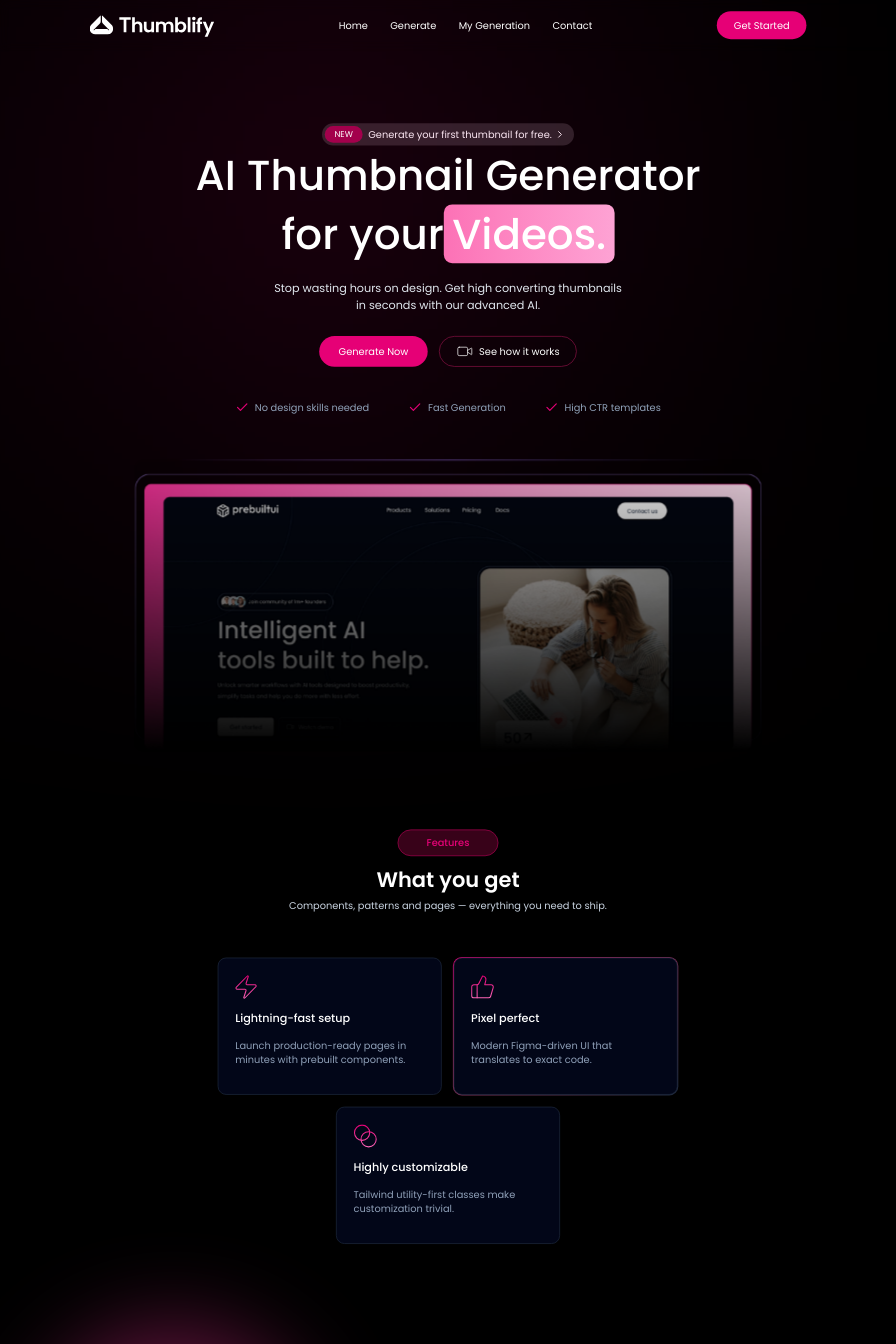
Repository: abhiraj33181/Thumblify
Page: / (app in client/)
These files come from the project's save history. The page is drawn as it stood at one moment and after the next save; the edit follows.
The browser window is 1280 px wide. The pictures show the part of the page from y = 0 to 1920 px (the page is 5296 px tall), at 70% of full size.
The project was rebuilt for these pictures with package versions that can differ from the ones it lists, and the page was loaded fresh each time. Also part of the build but not shown: client/vite.config.ts.

Above is the page before, as saved 2026-01-08 09:30:49.

### client/index.html
<!doctype html>
<html lang="en">

<head>
    <meta charset="UTF-8" />
    <link rel="icon" href="/favicon.svg" type="image/x-icon" />
    <meta name="viewport" content="width=device-width, initial-scale=1.0" />
    <title>Thumblify - AI Thumbnail Generator</title>
</head>

<body>
    <div id="root"></div>
    <script type="module" src="/src/main.jsx"></script>
</body>

</html>

### client/src/main.tsx
import { createRoot } from 'react-dom/client'
import App from './App.js'
import { BrowserRouter } from 'react-router-dom'

createRoot(document.getElementById('root')!).render(
    <BrowserRouter>
        <App />
    </BrowserRouter>,
)

### client/src/App.tsx
import { Route, Routes } from "react-router-dom";
import HomePage from "./pages/HomePage";
import Navbar from "./components/Navbar";
import Footer from "./components/Footer";
import "./globals.css";
import LenisScroll from "./components/LenisScroll";

export default function App() {
    return (
        <>
            <LenisScroll />
            <Navbar />
            <Routes>
                <Route path="/" element={<HomePage />} />
            </Routes>
            <Footer />
        </>
    );
}

### client/src/pages/HomePage.tsx
import HeroSection from "../sections/HeroSection";
import FeaturesSection from "../sections/FeaturesSection";
import TestimonialSection from "../sections/TestimonialSection";
import PricingSection from "../sections/PricingSection";
import ContactSection from "../sections/ContactSection";
import CTASection from "../sections/CTASection";

export default function HomePage() {
    return (
        <>
            <HeroSection />
            <FeaturesSection />
            <TestimonialSection />
            <PricingSection />
            <ContactSection />
            <CTASection />
        </>
    );
}

### client/src/globals.css
@import url('https://fonts.googleapis.com/css2?family=Poppins:ital,wght@0,100;0,200;0,300;0,400;0,500;0,600;0,700;0,800;0,900;1,100;1,200;1,300;1,400;1,500;1,600;1,700;1,800;1,900&display=swap');
@import "tailwindcss";

@theme {
    --font-poppins: "Poppins", sans-serif;
}

body {
    @apply bg-black text-white text-sm antialiased font-poppins;
}

body::selection {
    @apply bg-pink-600 text-white;
}

button {
    @apply cursor-pointer;
}

.move-gradient {
    background-image: linear-gradient(to right, var(--color-pink-500), var(--color-pink-300));
    background-size: 200% 100%;
    animation: movegradient 5s infinite;
}

@keyframes movegradient {
    0% {
        background-position: 0% 50%;
    }
    50% {
        background-position: 100% 50%;
    }
    100% {
        background-position: 0% 50%;
    }
}

### client/src/components/LenisScroll.tsx
import { useEffect } from "react";
import Lenis from "lenis";

export default function LenisScroll() {
    useEffect(() => {
        const lenis = new Lenis({
            duration: 1.2,
            smoothWheel: true,
            anchors: {
                offset: -100,
            },
        });

        const raf = (time: number) => {
            lenis.raf(time);
            requestAnimationFrame(raf);
        };

        requestAnimationFrame(raf);

        return () => {
            lenis.destroy();
        };
    }, []);

    return null;
}

### client/src/sections/HeroSection.tsx
'use client'
import { CheckIcon, ChevronRightIcon, VideoIcon } from "lucide-react";
import TiltedImage from "../components/TiltImage";
import { motion } from "motion/react";
import { useNavigate } from "react-router-dom";

export default function HeroSection() {
    const navigate = useNavigate()
    const specialFeatures = [
        "No design skills needed",
        "Fast Generation",
        "High CTR templates",
    ];

    return (
        <div className="relative flex flex-col items-center justify-center px-4 md:px-16 lg:px-24 xl:px-32">
            <div className="absolute top-30 -z-10 left-1/4 size-72 bg-pink-600 blur-[300px]"></div>
            <motion.a href="https://prebuiltui.com?utm_source=pixels" className="group flex items-center gap-2 rounded-full p-1 pr-3 mt-44 text-pink-100 bg-pink-200/15"
                initial={{ y: -20, opacity: 0 }}
                whileInView={{ y: 0, opacity: 1 }}
                viewport={{ once: true }}
                transition={{ delay: 0.2, type: "spring", stiffness: 320, damping: 70, mass: 1 }}
            >
                <span className="bg-pink-800 text-white text-xs px-3.5 py-1 rounded-full">
                    NEW
                </span>
                <p className="flex items-center gap-1">
                    <span>Generate your first thumbnail for free.</span>
                    <ChevronRightIcon size={16} className="group-hover:translate-x-0.5 transition duration-300" />
                </p>
            </motion.a>
            <motion.h1 className="text-5xl/17 md:text-6xl/21 font-medium max-w-3xl text-center"
                initial={{ y: 50, opacity: 0 }}
                whileInView={{ y: 0, opacity: 1 }}
                viewport={{ once: true }}
                transition={{ type: "spring", stiffness: 240, damping: 70, mass: 1 }}
            >
                AI Thumbnail Generator for your
                <span className="move-gradient px-3 rounded-xl text-nowrap">Videos.</span>
            </motion.h1>
            <motion.p className="text-base text-center text-slate-200 max-w-lg mt-6"
                initial={{ y: 50, opacity: 0 }}
                whileInView={{ y: 0, opacity: 1 }}
                viewport={{ once: true }}
                transition={{ delay: 0.2, type: "spring", stiffness: 320, damping: 70, mass: 1 }}
            >
                Stop wasting hours on design. Get high converting thumbnails in seconds with our advanced AI.</motion.p>
            <motion.div className="flex items-center gap-4 mt-8"
                initial={{ y: 50, opacity: 0 }}
                whileInView={{ y: 0, opacity: 1 }}
                viewport={{ once: true }}
                transition={{ type: "spring", stiffness: 320, damping: 70, mass: 1 }}
            >
                <button onClick={() => navigate('/generate')} className="bg-pink-600 hover:bg-pink-700 text-white rounded-full px-7 h-11">
                    Generate Now
                </button>
                <button className="flex items-center gap-2 border border-pink-900 hover:bg-pink-950/50 transition rounded-full px-6 h-11">
                    <VideoIcon strokeWidth={1} />
                    <span>See how it works</span>
                </button>
            </motion.div>

            <div className="flex flex-wrap justify-center items-center gap-4 md:gap-14 mt-12">
                {specialFeatures.map((feature, index) => (
                    <motion.p className="flex items-center gap-2" key={index}
                        initial={{ y: 30, opacity: 0 }}
                        whileInView={{ y: 0, opacity: 1 }}
                        viewport={{ once: true }}
                        transition={{ delay: index * 0.2, duration: 0.3 }}
                    >
                        <CheckIcon className="size-5 text-pink-600" />
                        <span className="text-slate-400">{feature}</span>
                    </motion.p>
                ))}
            </div>
            <TiltedImage />
        </div>
    );
}

### client/src/sections/TestimonialSection.tsx
import SectionTitle from "../components/SectionTitle";
import TestimonialCard from "../components/TestimonialCard";
import { testimonialsData } from "../data/testimonial";
import type { ITestimonial } from "../types";
import Marquee from "react-fast-marquee";

export default function TestimonialSection() {
    return (
        <div id="testimonials" className="px-4 md:px-16 lg:px-24 xl:px-32">
            <SectionTitle text1="Testimonials" text2="Don't just take our words" text3="Hear what our users say about us. We're always looking for ways to improve. If you have a positive experience with us, leave a review." />

            <Marquee className="max-w-5xl mx-auto mt-11" gradient={true} speed={25} gradientColor="#000">
                <div className="flex items-center justify-center py-5 overflow-hidden">
                    {[...testimonialsData, ...testimonialsData].map((testimonial: ITestimonial, index: number) => (
                        <TestimonialCard key={index} index={index} testimonial={testimonial} />
                    ))}
                </div>
            </Marquee>
            <Marquee className="max-w-5xl mx-auto" gradient={true} speed={25} direction="right" gradientColor="#000">
                <div className="flex items-center justify-center py-5 overflow-hidden">
                    {[...testimonialsData, ...testimonialsData].map((testimonial: ITestimonial, index: number) => (
                        <TestimonialCard key={index} index={index} testimonial={testimonial} />
                    ))}
                </div>
            </Marquee>

        </div>
    );
}

### client/src/sections/PricingSection.tsx
'use client'
import SectionTitle from "../components/SectionTitle"
import { pricingData } from "../data/pricing";
import type { IPricing } from "../types";
import { CheckIcon } from "lucide-react";
import { motion } from "motion/react";

export default function PricingSection() {
    return (
        <div id="pricing" className="px-4 md:px-16 lg:px-24 xl:px-32">
            <SectionTitle text1="Pricing" text2="Our Pricing Plans" text3="Flexible pricing options designed to meet your needs — whether you're just getting started or scaling up." />

            <div className="flex flex-wrap items-center justify-center gap-8 mt-20">
                {pricingData.map((plan: IPricing, index: number) => (
                    <motion.div key={index} className={`w-72 text-center border border-pink-950 p-6 pb-16 rounded-xl ${plan.mostPopular ? 'bg-pink-950 relative' : 'bg-pink-950/30'}`}
                        initial={{ y: 150, opacity: 0 }}
                        whileInView={{ y: 0, opacity: 1 }}
                        viewport={{ once: true }}
                        transition={{ delay: index * 0.15, type: "spring", stiffness: 320, damping: 70, mass: 1 }}
                    >
                        {plan.mostPopular && (
                            <p className="absolute px-3 text-sm -top-3.5 left-3.5 py-1 bg-pink-400 rounded-full">Most Popular</p>
                        )}
                        <p className="font-semibold">{plan.name}</p>
                        <h1 className="text-3xl font-semibold">${plan.price}<span className="text-gray-500 font-normal text-sm">/{plan.period}</span></h1>
                        <ul className="list-none text-slate-300 mt-6 space-y-2">
                            {plan.features.map((feature, index) => (
                                <li key={index} className="flex items-center gap-2">
                                    <CheckIcon className="size-4.5 text-pink-600" />
                                    <p>{feature}</p>
                                </li>
                            ))}
                        </ul>
                        <button type="button" className={`w-full py-2.5 rounded-md font-medium mt-7 transition-all ${plan.mostPopular ? 'bg-white text-pink-600 hover:bg-slate-200' : 'bg-pink-500 hover:bg-pink-600'}`}>
                            Get Started
                        </button>
                    </motion.div>
                ))}
            </div>
        </div>
    );
}

### client/src/sections/CTASection.tsx
'use client'
import { motion } from "motion/react";

export default function CTASection() {
    return (
        <motion.div className="max-w-5xl py-16 mt-40 md:pl-20 md:w-full max-md:mx-4 md:mx-auto flex flex-col md:flex-row max-md:gap-6 items-center justify-between text-left bg-linear-to-b from-pink-900 to-pink-950 rounded-2xl p-6 text-white"
            initial={{ y: 150, opacity: 0 }}
            whileInView={{ y: 0, opacity: 1 }}
            viewport={{ once: true }}
            transition={{ type: "spring", stiffness: 320, damping: 70, mass: 1 }}
        >
            <div>
                <motion.h1 className="text-4xl md:text-[46px] md:leading-15 font-semibold bg-linear-to-r from-white to-pink-400 text-transparent bg-clip-text"
                    initial={{ y: 80, opacity: 0 }}
                    whileInView={{ y: 0, opacity: 1 }}
                    viewport={{ once: true }}
                    transition={{ type: "spring", stiffness: 280, damping: 70, mass: 1 }}
                >
                    Ready to try-out this app?
                </motion.h1>
                <motion.p className="bg-linear-to-r from-white to-pink-400 text-transparent bg-clip-text text-lg"
                    initial={{ y: 80, opacity: 0 }}
                    whileInView={{ y: 0, opacity: 1 }}
                    viewport={{ once: true }}
                    transition={{ type: "spring", stiffness: 200, damping: 70, mass: 1 }}
                >
                    Your next favourite tool is just one click away.
                </motion.p>
            </div>
            <motion.button className="px-12 py-3 text-slate-800 bg-white hover:bg-slate-200 rounded-full text-sm mt-4"
                initial={{ y: 80, opacity: 0 }}
                whileInView={{ y: 0, opacity: 1 }}
                viewport={{ once: true }}
                transition={{ type: "spring", stiffness: 280, damping: 70, mass: 1 }}
            >
                Get Started
            </motion.button>
        </motion.div>
    );
}

### client/src/data/footer.ts
import type { IFooter } from "../types";

export const footerData: IFooter[] = [
    {
        title: "Product",
        links: [
            { name: "Home", href: "#" },
            { name: "Support", href: "#support" },
            { name: "Pricing", href: "#pricing" },
            { name: "Affiliate", href: "#affiliate" },
        ]
    },
    {
        title: "Resources",
        links: [
            { name: "Company", href: "#company" },
            { name: "Blogs", href: "#blogs" },
            { name: "Community", href: "#community" },
            { name: "Careers", href: "#careers" },
            { name: "About", href: "#about" },
        ]
    },
    {
        title: "Legal",
        links: [
            { name: "Privacy", href: "#privacy" },
            { name: "Terms", href: "#terms" },
        ]
    }
];

### client/src/components/TiltImage.tsx
import { useRef, useState } from 'react';
import { motion, useMotionValue, useSpring } from 'motion/react';

const springValues = {
    damping: 30,
    stiffness: 100,
    mass: 2
};

export default function TiltedImage({ rotateAmplitude = 3, }) {
    const ref = useRef<HTMLDivElement>(null);
    const x = useMotionValue(0);
    const y = useMotionValue(0);
    const rotateX = useSpring(useMotionValue(0), springValues);
    const rotateY = useSpring(useMotionValue(0), springValues);
    const rotateFigcaption = useSpring(0, { stiffness: 350, damping: 30, mass: 1 });

    const [lastY, setLastY] = useState(0);

    function handleMouse(e: any) {
        if (!ref.current) return;

        const rect = ref.current.getBoundingClientRect();
        const offsetX = e.clientX - rect.left - rect.width / 2;
        const offsetY = e.clientY - rect.top - rect.height / 2;

        const rotationX = (offsetY / (rect.height / 2)) * -rotateAmplitude;
        const rotationY = (offsetX / (rect.width / 2)) * rotateAmplitude;

        rotateX.set(rotationX);
        rotateY.set(rotationY);

        x.set(e.clientX - rect.left);
        y.set(e.clientY - rect.top);

        const velocityY = offsetY - lastY;
        rotateFigcaption.set(-velocityY * 0.6);
        setLastY(offsetY);
    }

    function handleMouseLeave() {
        rotateX.set(0);
        rotateY.set(0);
        rotateFigcaption.set(0);
    }

    return (
        <motion.figure ref={ref} className="relative w-full h-full perspective-midrange mt-16 max-w-4xl mx-auto flex flex-col items-center justify-center" onMouseMove={handleMouse} onMouseLeave={handleMouseLeave}
            initial={{ y: 150, opacity: 0 }}
            whileInView={{ y: 0, opacity: 1 }}
            viewport={{ once: true }}
            transition={{ type: "spring", stiffness: 320, damping: 70, mass: 1 }}
        >
            <motion.div className="relative transform-3d w-full max-w-4xl" style={{ rotateX, rotateY }} >
                <motion.img src="/assets/hero-section-showcase.png"
                    className="w-full rounded-[15px] will-change-transform transform-[translateZ(0)]"
                    alt="hero section showcase"
                />
            </motion.div>
        </motion.figure>
    );
}

### client/src/components/SectionTitle.tsx
import type { SectionTitleProps } from "../types";
import { motion } from "motion/react";

export default function SectionTitle({ text1, text2, text3 }: SectionTitleProps) {
    return (
        <>
            <motion.p className="text-center font-medium text-pink-600 mt-28 px-10 py-2 rounded-full bg-pink-950/70 border border-pink-800 w-max mx-auto"
                initial={{ y: 120, opacity: 0 }}
                whileInView={{ y: 0, opacity: 1 }}
                viewport={{ once: true }}
                transition={{ type: "spring", stiffness: 320, damping: 70, mass: 1 }}
            >
                {text1}
            </motion.p>
            <motion.h3 className="text-3xl font-semibold text-center mx-auto mt-4"
                initial={{ y: 120, opacity: 0 }}
                whileInView={{ y: 0, opacity: 1 }}
                viewport={{ once: true }}
                transition={{ type: "spring", stiffness: 280, damping: 70, mass: 1 }}
            >
                {text2}
            </motion.h3>
            <motion.p className="text-slate-300 text-center mt-2 max-w-xl mx-auto"
                initial={{ y: 120, opacity: 0 }}
                whileInView={{ y: 0, opacity: 1 }}
                viewport={{ once: true }}
                transition={{ type: "spring", stiffness: 240, damping: 70, mass: 1 }}
            >
                {text3}
            </motion.p>
        </>
    );
}

### client/src/data/testimonial.ts
import type { ITestimonial } from "../types";

export const testimonialsData: ITestimonial[] = [
    {
        image: 'https://images.unsplash.com/photo-1633332755192-727a05c4013d?q=80&w=200',
        name: 'Sophia Carter',
        handle: '@sophiacodes',
        date: 'February 14, 2025',
        quote: 'This SaaS app has completely streamlined our onboarding process. What used to take hours now takes minutes!',
    },
    {
        image: 'https://images.unsplash.com/photo-1535713875002-d1d0cf377fde?q=80&w=200',
        name: 'Ethan Walker',
        handle: '@ethanwrites',
        date: 'March 3, 2025',
        quote: 'We’ve tried several tools, but nothing comes close in terms of speed and simplicity. Absolute game-changer.',
    },
    {
        image: 'https://images.unsplash.com/photo-1527980965255-d3b416303d12?w=200&auto=format&fit=crop&q=60',
        name: 'Maya Patel',
        handle: '@mayapatel',
        date: 'April 22, 2025',
        quote: 'The automation features alone have saved our team countless hours every week. Worth every penny.',
    },
    {
        image: 'https://images.unsplash.com/photo-1522075469751-3a6694fb2f61?w=200&auto=format&fit=crop&q=60',
        name: 'Liam Brooks',
        handle: '@liambrooks',
        date: 'May 18, 2025',
        quote: 'Setup was ridiculously easy. Within 10 minutes, we were running live and onboarding our first customers.',
    },
];

### client/src/data/pricing.ts
import type { IPricing } from "../types";

export const pricingData: IPricing[] = [
    {
        name: "Basic",
        price: 29,
        period: "month",
        features: [
            "Access to all basic courses",
            "Community support",
            "10 practice projects",
            "Course completion certificate",
            "Basic code review"
        ],
        mostPopular: false
    },
    {
        name: "Pro",
        price: 79,
        period: "month",
        features: [
            "Access to all Pro courses",
            "Priority community support",
            "30 practice projects",
            "Course completion certificate",
            "Advance code review",
            "1-on-1 mentoring sessions",
            "Job assistance"
        ],
        mostPopular: true
    },
    {
        name: "Enterprise",
        price: 199,
        period: "month",
        features: [
            "Access to all courses",
            "Dedicated support",
            "Unlimited projects",
            "Course completion certificate",
            "Premium code review"
        ],
        mostPopular: false
    }
];

Loaded but not shown: client/src/sections/FeaturesSection.tsx (69 lines, source omitted); client/src/components/Footer.tsx (59 lines, source omitted); client/src/sections/ContactSection.tsx (59 lines, source omitted); client/src/data/features.tsx (19 lines, source omitted); client/src/components/Navbar.tsx (52 lines, source omitted); client/src/components/TestimonialCard.tsx (29 lines, source omitted)

After the next save:
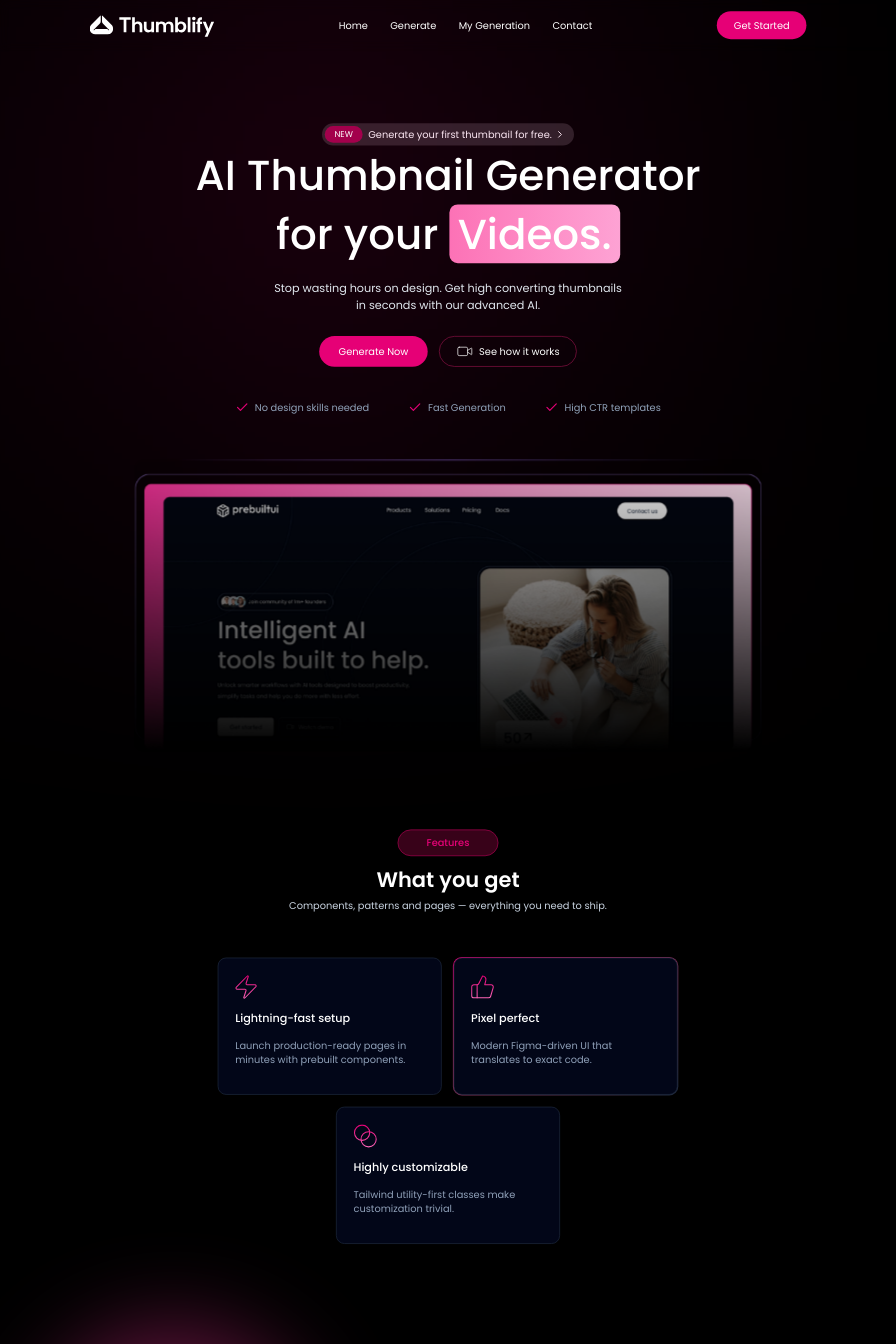
Saved 28 s later.
--- a/client/src/sections/HeroSection.tsx
+++ b/client/src/sections/HeroSection.tsx
@@ -35,7 +35,7 @@ export default function HeroSection() {
                 viewport={{ once: true }}
                 transition={{ type: "spring", stiffness: 240, damping: 70, mass: 1 }}
             >
-                AI Thumbnail Generator for your
+                AI Thumbnail Generator for your {" "}
                 <span className="move-gradient px-3 rounded-xl text-nowrap">Videos.</span>
             </motion.h1>
             <motion.p className="text-base text-center text-slate-200 max-w-lg mt-6"
